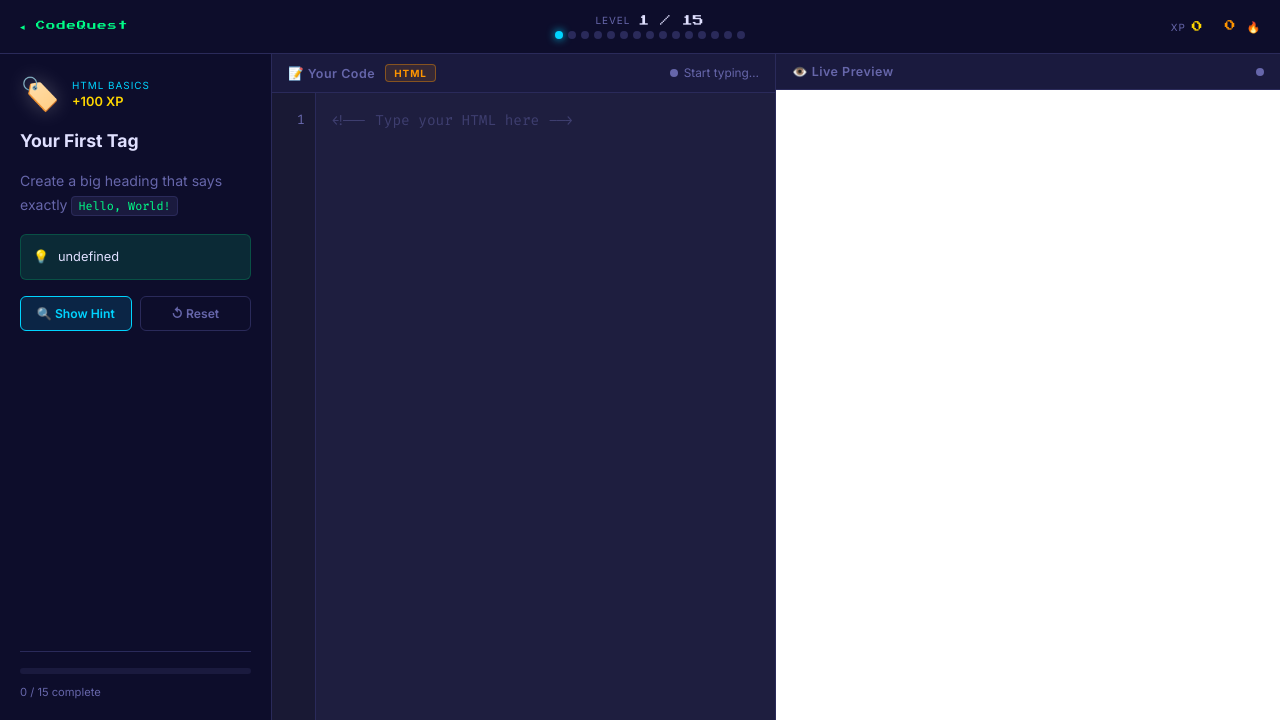
Repository: IBNKHALID06/CodeQuest
Page: game.html
The author's editor kept a copy of each file at every save. The page is drawn from the files as they stood at one save, then again after the next save.
The browser window is 1280 px wide. The pictures show the whole page.

Above is the page before, as saved 2026-03-15 20:03:20.

After the next save:
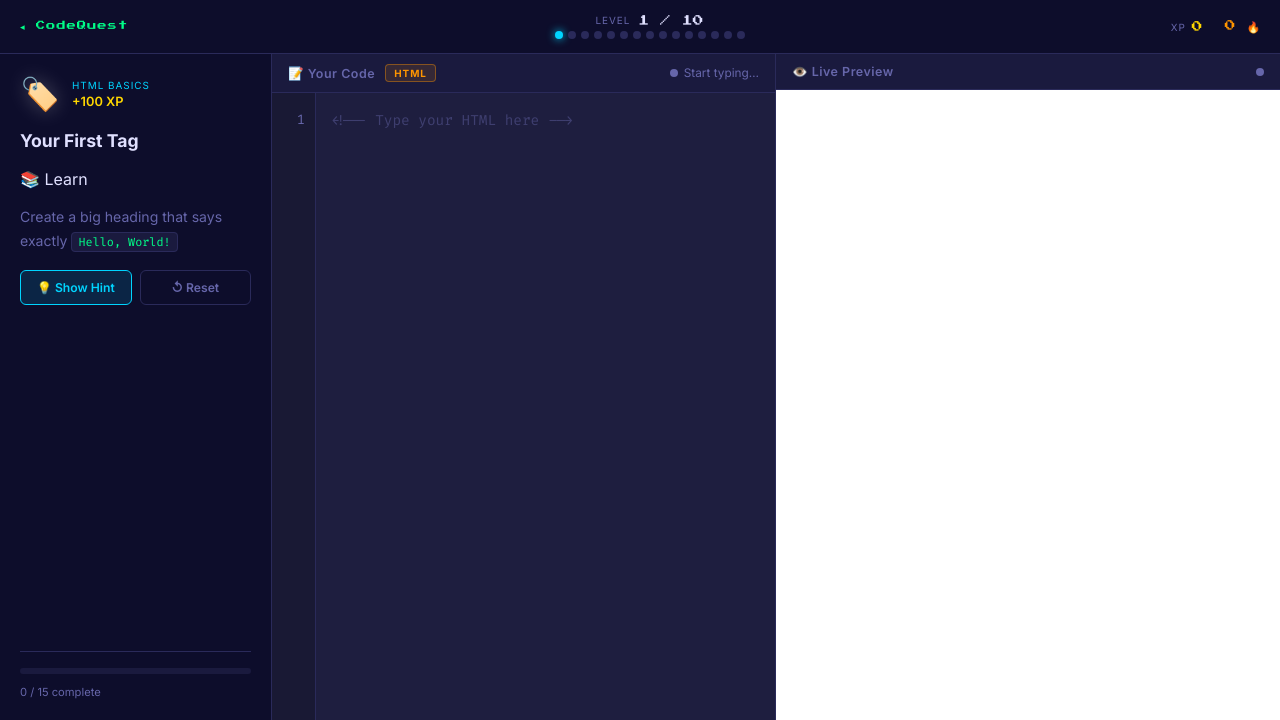
Console error: TypeError: Cannot set properties of null (setting 'innerHTML')
Saved 9 s later.
--- a/game.html
+++ b/game.html
@@ -48,27 +48,34 @@
       </div>
 
       <h2 class="challenge-title" id="challenge-title">Loading…</h2>
+
+      <!-- Lesson panel -->
+      <div class="lesson-box" id="lesson-box">
+        <div class="lesson-title">📚 Learn</div>
+        <div class="lesson-content" id="lesson-content"></div>
+      </div>
+
       <p class="challenge-desc" id="challenge-desc"></p>
 
-      <div class="challenge-tip">
-        <span class="tip-icon">💡</span>
-        <span id="challenge-tip"></span>
-      </div>
-
       <div class="challenge-actions">
-        <button class="btn-hint" id="btn-hint" onclick="showHint()">🔍 Show Hint</button>
+        <button class="btn-hint" id="btn-hint" onclick="showSmallHint()">💡 Show Hint</button>
         <button class="btn-reset" onclick="resetCode()">↺ Reset</button>
       </div>
 
-      <div class="hint-box" id="hint-box" style="display:none">
-        <code id="hint-text"></code>
+      <div class="hint-box small-hint" id="small-hint-box" style="display:none">
+        <span id="small-hint-text"></span>
+      </div>
+
+      <div class="hint-box full-hint" id="full-hint-box" style="display:none">
+        <div class="hint-warning">⚠️ Full hint shown — failing this level!</div>
+        <code id="full-hint-text"></code>
       </div>
 
       <div class="challenge-progress">
         <div class="cp-bar">
           <div class="cp-fill" id="cp-fill" style="width:0%"></div>
         </div>
-        <span class="cp-label" id="cp-label">0 / 10 complete</span>
+        <span class="cp-label" id="cp-label">0 / 15 complete</span>
       </div>
     </aside>
 
